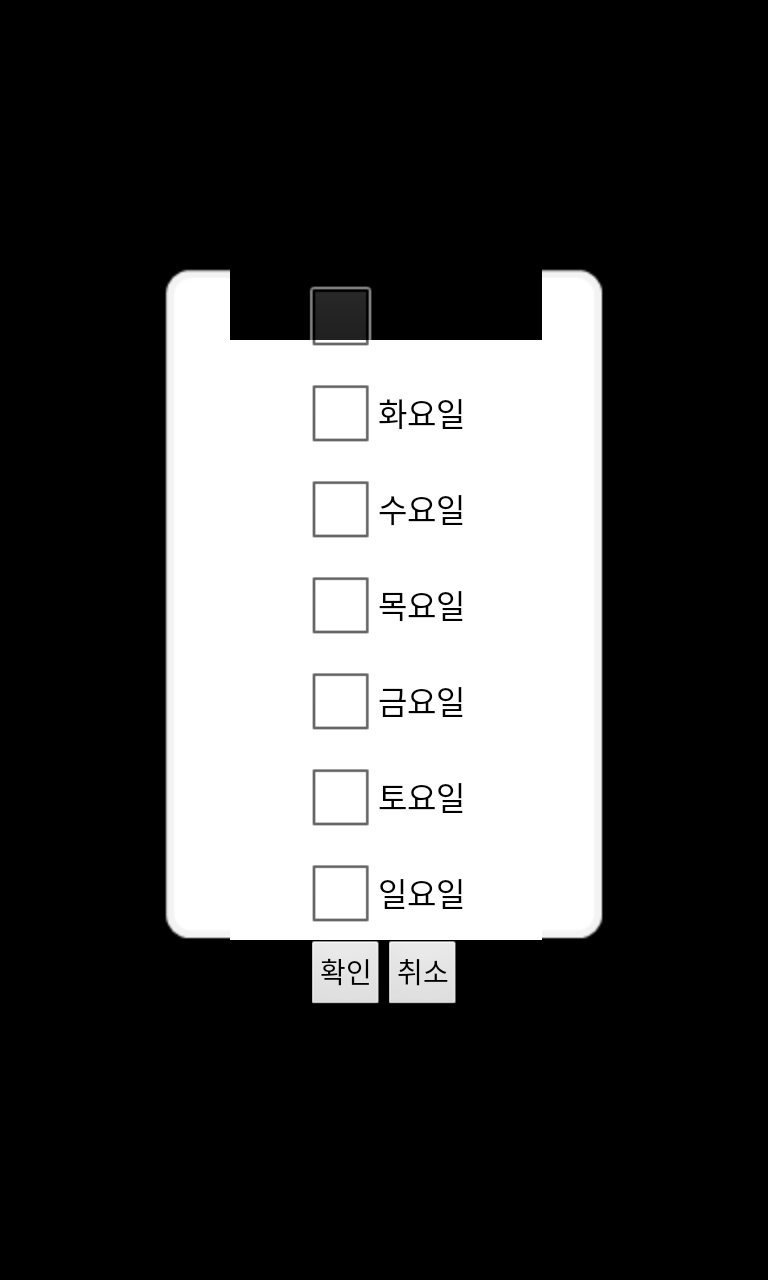
Repository: blacky512/smart_morning_call
Layout: client/SmartMorningCall/res/layout/dayselect_frag.xml
An editor plug-in stored every save of this project. The layout is shown before and after the next save, followed by the edit.
It is drawn on a 768 x 1280 px phone screen (xhdpi) without system bars, with theme android:Theme.NoTitleBar; the app's code is not run.

Above is the layout before, as saved 2013-02-19 14:37:01.

After the next save:
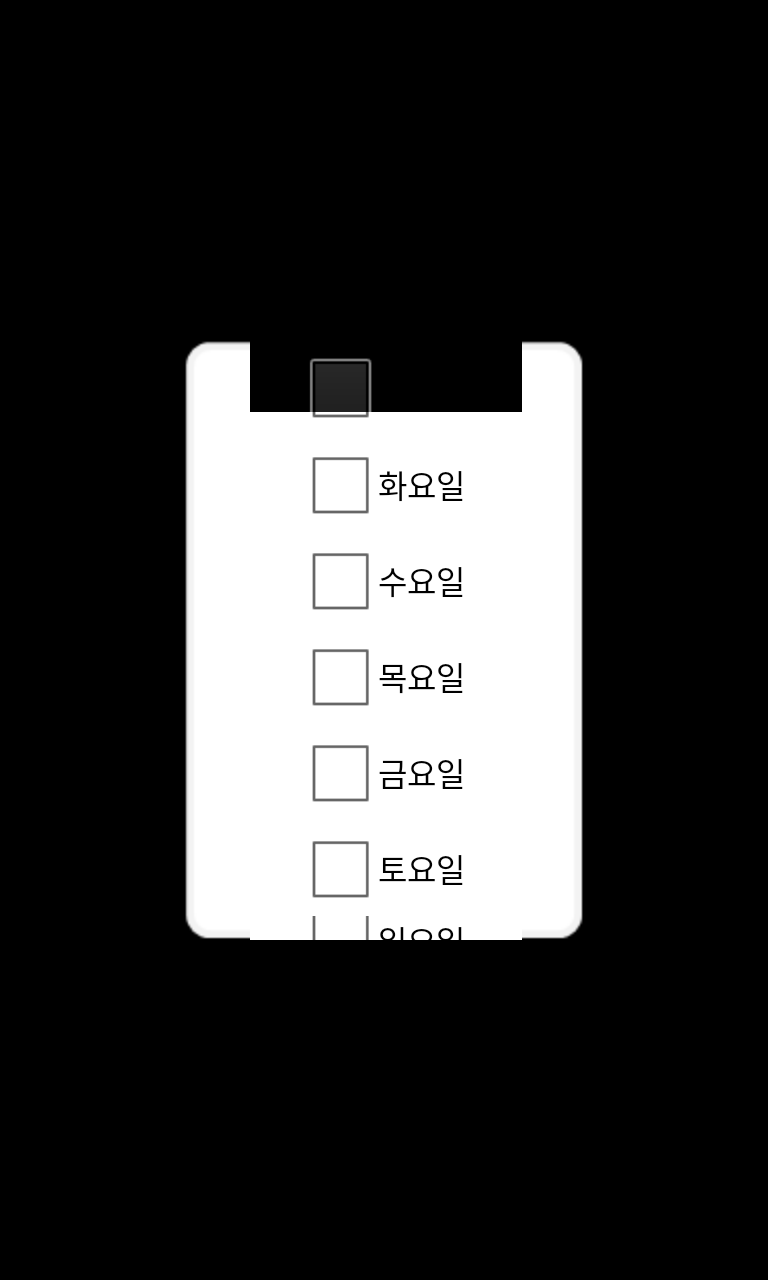
Saved 5 min 8 s later.
--- a/client/SmartMorningCall/res/layout/dayselect_frag.xml
+++ b/client/SmartMorningCall/res/layout/dayselect_frag.xml
@@ -8,8 +8,8 @@
     android:padding="0dp" >
 
     <RelativeLayout
-        android:layout_width="220dp"
-        android:layout_height="wrap_content"
+        android:layout_width="200dp"
+        android:layout_height="300dp"
         android:layout_centerInParent="true" >
 
         <LinearLayout
